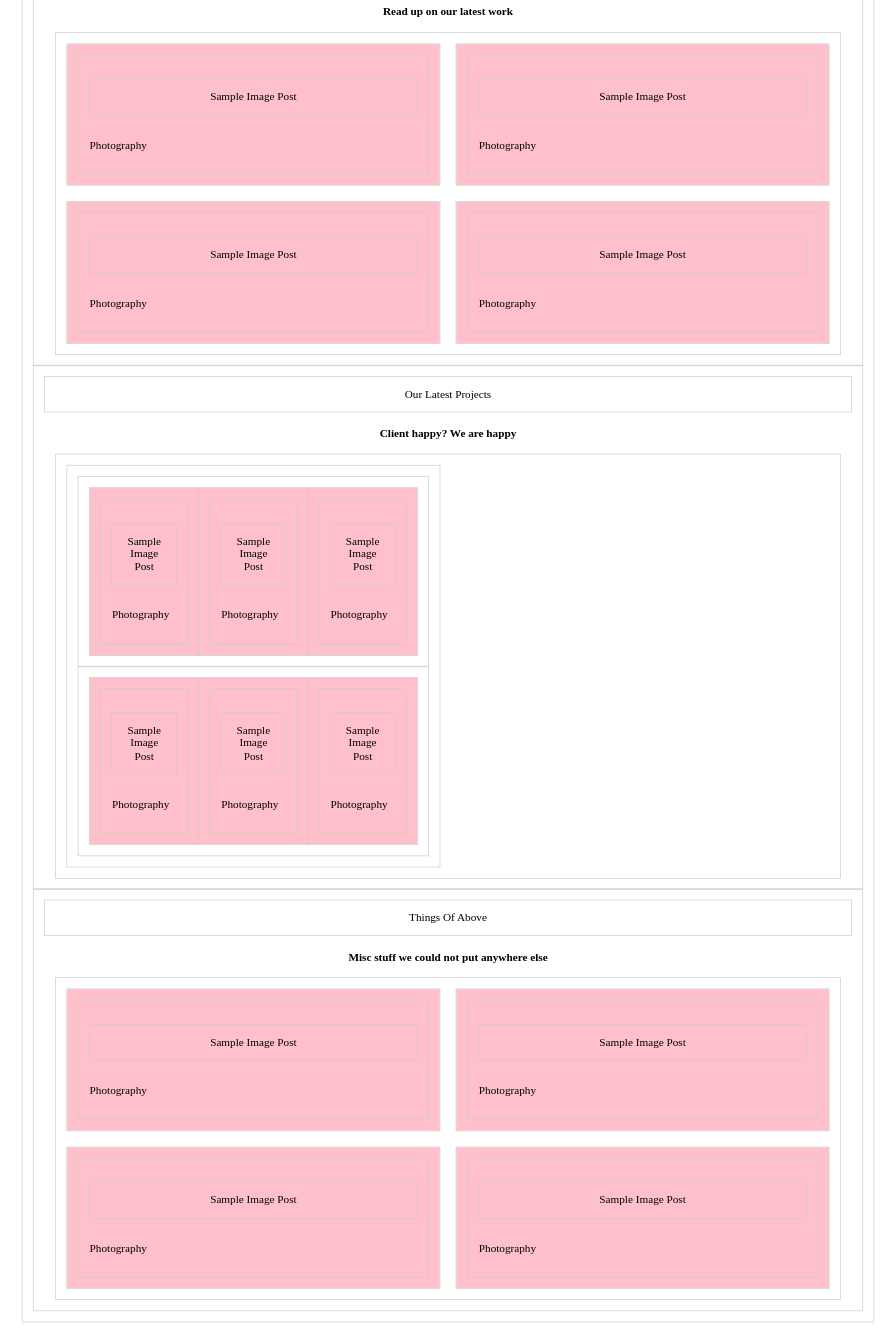
Repository: kionale/Project1_Lab3_ResponsiveLayout
Page: index.html
These files come from the project's save history. The page is drawn as it stood at one moment and after the next save; the edit follows.
The browser window is 1280 px wide. The pictures show the part of the page from y = 1133 to 3053 px (the page is 3053 px tall before and 2916 px after), at 70% of full size.

Above is the page before, as saved 2023-01-25 22:29:52.

### index.html
<!doctype html>
<html class="no-js" lang="">

<head>
  <meta charset="utf-8">
  <title></title>
  <meta name="description" content="">
  <meta name="viewport" content="width=device-width, initial-scale=1">

  <meta property="og:title" content="">
  <meta property="og:type" content="">
  <meta property="og:url" content="">
  <meta property="og:image" content="">

  <link rel="manifest" href="site.webmanifest">
  <link rel="apple-touch-icon" href="icon.png">
  <!-- Place favicon.ico in the root directory -->

  <link rel="stylesheet" href="css/normalize.css">
  <link rel="stylesheet" href="css/main.css">

  <meta name="theme-color" content="#fafafa">
</head>


<body class="page page-home">
  <header class="header page__header">
    <div class="row">
      <h1>Metrolics</h1>
      <a href=""><img src=""></a>
      <nav class="navbar-links">
        <ul>
          <a href="#">
            <li>Home</li>
          </a>
          <a href="">
            <li>Home</li>
          </a>
          <a href="">
            <li>Pages</li>
          </a>
          <a href="">
            <li>Blog</li>
          </a>
          <a href="">
            <li>Portfolio</li>
          </a>
          <a href="">
            <li>Home</li>
          </a>
        </ul>
      </nav>
    </div>

  </header>

  <div class="page__slider">
    <div class="row slides">
      <img src="" alt="">
    </div>
  </div>
  </div>

  <div class="page__intro">
    <h1 class="header page__heading">
      Hey guys! This is the <span>Metrolics</span> theme.<br>
      It sports a responsive layout with a mobile layout.
    </h1>
    <div class="subheading page_subheading">
      <h3>
        Things That We do
      </h3>
      <h5>Ask us what we can do for you</h5>

    </div>
    <div class="feature__service">
      <div class="row m-col-2 l-col-4">
        <div class="col">
          <img class="feature__servic__images" src="" alt="">
          <h4 class="heading feature__servic__title">Web Solution</h4>
          <p class="feature__servic__content">
            bbbhhha
          </p>
        </div>
        <div class="col">
          <img class="feature__servic__images" src="" alt="">
          <h4 class="heading feature__servic__title"></h4>
          <p class="feature__servic__content">
            bbbhhha
          </p>
        </div>
        <div class="col">
          <img class="feature__servic__images" src="" alt="">
          <h4 class="heading feature__servic__title"></h4>
          <p class="feature__servic__content">
            bbbhhha
          </p>
        </div>
        <div class="col">
          <img class="feature__servic__images" src="" alt="">
          <h4 class="heading feature__servic__title"></h4>
          <p class="feature__servic__content">
            bbbhhha
          </p>
        </div>


      </div>
    </div>
  </div>

  <!-- Main content starts here -->
  <main class="page__main">
    <section class="recent__work">
      <header class="header post__header">What's up lately?</header>
      <h4 class="subheading">Read up on our latest work</h4>
      <div class="row m-col-2 l-col-3">
        <div class="col">
          <div>
            <img src="" alt="">
            <header class="header recent__work__title">Sample image post</header><br>
            <p>Photography</p>
          </div>
        </div>
        <div class="col">
          <div>
            <img src="" alt="">
            <header class="header recent__work__title">Sample image post</header><br>
            <p>Photography</p>
          </div>
        </div>
        <div class="col">
          <div>
            <img src="" alt="">
            <header class="header recent__work__title">Sample image post</header><br>
            <p>Photography</p>
          </div>
        </div>
        <div class="col">
          <div>
            <img src="" alt="">
            <header class="header recent__work__title">Sample image post</header><br>
            <p>Photography</p>
          </div>
        </div>
      </div>
    </section>
    <section class="latest__projects">
      <header class="header latest__projects__header">Our Latest Projects</header>
      <h4 class="subheading">Client happy? We are happy</h4>
      <div class="row m-col-2 l-col-3">
        <div>
          <section class="top__row__latest">
            <div class="col">
              <div>
                <img src="" alt="">
                <header class="header recent__work__title">Sample image post</header><br>
                <p>Photography</p>
              </div>
            </div>
            <div class="col">
              <div>
                <img src="" alt="">
                <header class="header recent__work__title">Sample image post</header><br>
                <p>Photography</p>
              </div>
            </div>
            <div class="col">
              <div>
                <img src="" alt="">
                <header class="header recent__work__title">Sample image post</header><br>
                <p>Photography</p>
              </div>
            </div>
          </section>
          <section class="bottom__row__latest">
            <div class="col">
              <div>
                <img src="" alt="">
                <header class="header recent__work__title">Sample image post</header><br>
                <p>Photography</p>
              </div>
            </div>
            <div class="col">
              <div>
                <img src="" alt="">
                <header class="header recent__work__title">Sample image post</header><br>
                <p>Photography</p>
              </div>
            </div>
            <div class="col">
              <div>
                <img src="" alt="">
                <header class="header recent__work__title">Sample image post</header><br>
                <p>Photography</p>
              </div>
            </div>
          </section>
        </div>
      </div>
    </section>
    <section class="recent__work">
      <header class="header post__header">Things of above</header>
      <h4 class="subheading">Misc stuff we could not put anywhere else</h4>
      <div class="row m-col-2 l-col-3">
        <div class="col">
          <div>
            <img src="" alt="">
            <header class="header recent__work__title">Sample image post</header><br>
            <p>Photography</p>
          </div>
        </div>
        <div class="col">
          <div>
            <img src="" alt="">
            <header class="header recent__work__title">Sample image post</header><br>
            <p>Photography</p>
          </div>
        </div>
        <div class="col">
          <div>
            <img src="" alt="">
            <header class="header recent__work__title">Sample image post</header><br>
            <p>Photography</p>
          </div>
        </div>
        <div class="col">
          <div>
            <img src="" alt="">
            <header class="header recent__work__title">Sample image post</header><br>
            <p>Photography</p>
          </div>
        </div>

      </div>
    </section>
  </main>


  <script src="js/vendor/modernizr-3.11.2.min.js"></script>
  <script src="js/plugins.js"></script>
  <script src="js/main.js"></script>

  <!-- Google Analytics: change UA-XXXXX-Y to be your site's ID. -->
  <script>
    window.ga = function () { ga.q.push(arguments) }; ga.q = []; ga.l = +new Date;
    ga('create', 'UA-XXXXX-Y', 'auto'); ga('set', 'anonymizeIp', true); ga('set', 'transport', 'beacon'); ga('send', 'pageview')
  </script>
  <script src="https://www.google-analytics.com/analytics.js" async></script>
</body>

</html>

### css/main.css
::-moz-selection {
  background: #b3d4fc;
  text-shadow: none;
}

::selection {
  background: #b3d4fc;
  text-shadow: none;
}

/*
 * A better looking default horizontal rule
 */

hr {
  display: block;
  height: 1px;
  border: 0;
  border-top: 1px solid #ccc;
  margin: 1em 0;
  padding: 0;
}

audio,
canvas,
iframe,
img,
svg,
video {
  vertical-align: middle;
}

/*
 * Remove default fieldset styles.
 */

fieldset {
  border: 0;
  margin: 0;
  padding: 0;
}

/*
 * Allow only vertical resizing of textareas.
 */

textarea {
  resize: vertical;
}

*,
*::before,
*::after {
  box-sizing: border-box;
}

div,
main,
section,
header,
footer {
  outline: 1px solid #ccc;
  min-height: 1rem;
  padding: 1rem;
}

.page {
  margin: 0 auto;
  padding: 2rem;
}

.header {
  text-transform: capitalize;
  text-align: center;
}

.subheading {
  text-align: center;
}

ul,
li {
  padding: 0;
  margin: 0;
  list-style: none;
}

.row {
  display: grid;
  row-gap: 1rem;
}

.col {
  position: relative;
  background-color: pink;
}

/* medium screens and up  */
@media screen and (min-width: 40em) {
  .row {
    max-width: 70rem;
    column-gap: 1.5rem;
    row-gap: 1.5rem;
    margin: 0 auto;
  }

  .m-col-2 {
    grid-template-columns: 1fr 1fr;
  }
}


.top__row__latest {
  display: flex;
}

.bottom__row__latest {
  display: flex;
}

### js/plugins.js
// Avoid `console` errors in browsers that lack a console.
(function() {
  var method;
  var noop = function () {};
  var methods = [
    'assert', 'clear', 'count', 'debug', 'dir', 'dirxml', 'error',
    'exception', 'group', 'groupCollapsed', 'groupEnd', 'info', 'log',
    'markTimeline', 'profile', 'profileEnd', 'table', 'time', 'timeEnd',
    'timeline', 'timelineEnd', 'timeStamp', 'trace', 'warn'
  ];
  var length = methods.length;
  var console = (window.console = window.console || {});

  while (length--) {
    method = methods[length];

    // Only stub undefined methods.
    if (!console[method]) {
      console[method] = noop;
    }
  }
}());

// Place any jQuery/helper plugins in here.

Loaded but not shown: css/normalize.css (library); js/vendor/modernizr-3.11.2.min.js (library); js/main.js (no stored copy; drawn as an empty file)

After the next save:
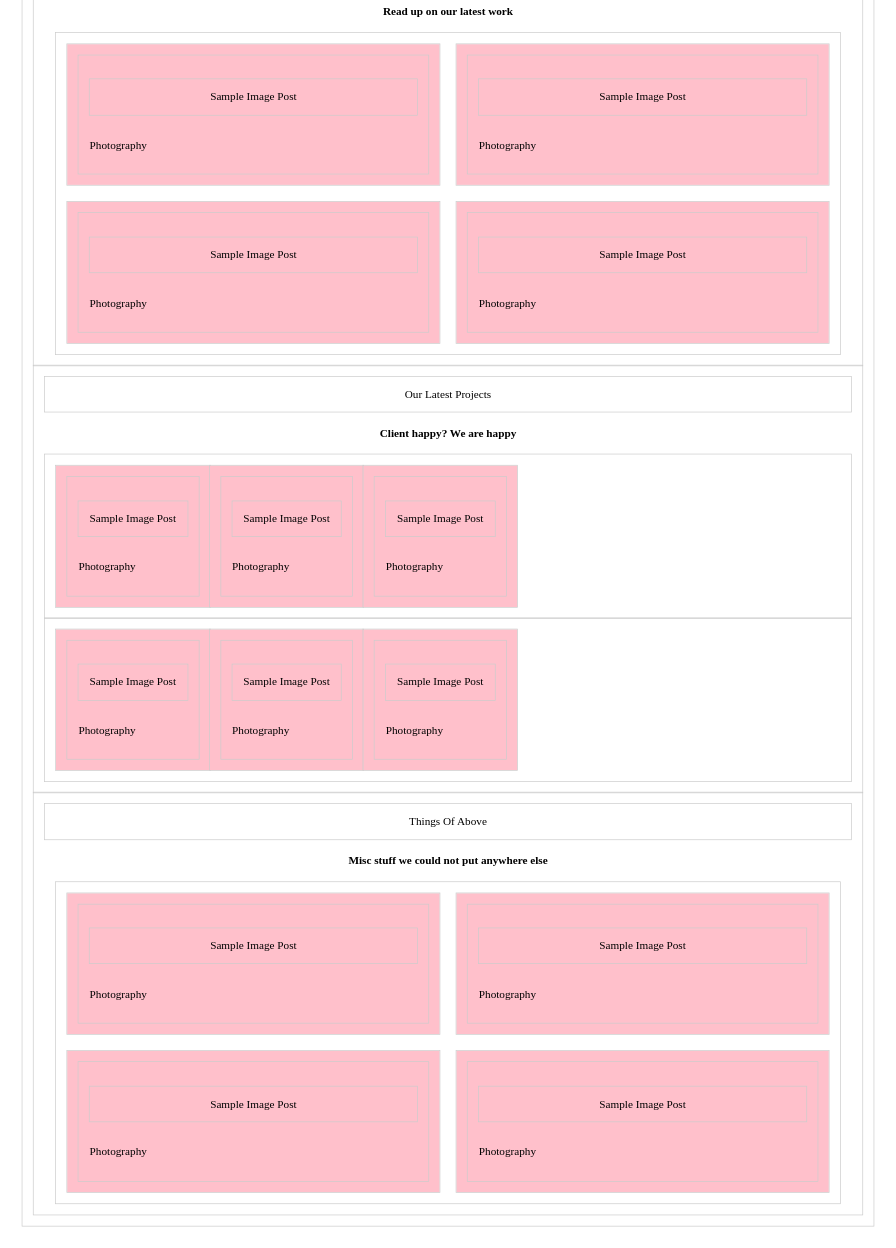
Saved 11 min 24 s later.
--- a/index.html
+++ b/index.html
@@ -148,56 +148,52 @@
     <section class="latest__projects">
       <header class="header latest__projects__header">Our Latest Projects</header>
       <h4 class="subheading">Client happy? We are happy</h4>
-      <div class="row m-col-2 l-col-3">
-        <div>
-          <section class="top__row__latest">
-            <div class="col">
-              <div>
-                <img src="" alt="">
-                <header class="header recent__work__title">Sample image post</header><br>
-                <p>Photography</p>
-              </div>
-            </div>
-            <div class="col">
-              <div>
-                <img src="" alt="">
-                <header class="header recent__work__title">Sample image post</header><br>
-                <p>Photography</p>
-              </div>
-            </div>
-            <div class="col">
-              <div>
-                <img src="" alt="">
-                <header class="header recent__work__title">Sample image post</header><br>
-                <p>Photography</p>
-              </div>
-            </div>
-          </section>
-          <section class="bottom__row__latest">
-            <div class="col">
-              <div>
-                <img src="" alt="">
-                <header class="header recent__work__title">Sample image post</header><br>
-                <p>Photography</p>
-              </div>
-            </div>
-            <div class="col">
-              <div>
-                <img src="" alt="">
-                <header class="header recent__work__title">Sample image post</header><br>
-                <p>Photography</p>
-              </div>
-            </div>
-            <div class="col">
-              <div>
-                <img src="" alt="">
-                <header class="header recent__work__title">Sample image post</header><br>
-                <p>Photography</p>
-              </div>
-            </div>
-          </section>
-        </div>
-      </div>
+      <section class="examples top__row__latest">
+        <div class="col">
+          <div>
+            <img src="" alt="">
+            <header class="header recent__work__title">Sample image post</header><br>
+            <p>Photography</p>
+          </div>
+        </div>
+        <div class="col">
+          <div>
+            <img src="" alt="">
+            <header class="header recent__work__title">Sample image post</header><br>
+            <p>Photography</p>
+          </div>
+        </div>
+        <div class="col">
+          <div>
+            <img src="" alt="">
+            <header class="header recent__work__title">Sample image post</header><br>
+            <p>Photography</p>
+          </div>
+        </div>
+      </section>
+      <section class="examples bottom__row__latest">
+        <div class="col">
+          <div>
+            <img src="" alt="">
+            <header class="header recent__work__title">Sample image post</header><br>
+            <p>Photography</p>
+          </div>
+        </div>
+        <div class="col">
+          <div>
+            <img src="" alt="">
+            <header class="header recent__work__title">Sample image post</header><br>
+            <p>Photography</p>
+          </div>
+        </div>
+        <div class="col">
+          <div>
+            <img src="" alt="">
+            <header class="header recent__work__title">Sample image post</header><br>
+            <p>Photography</p>
+          </div>
+        </div>
+      </section>
     </section>
     <section class="recent__work">
       <header class="header post__header">Things of above</header>
